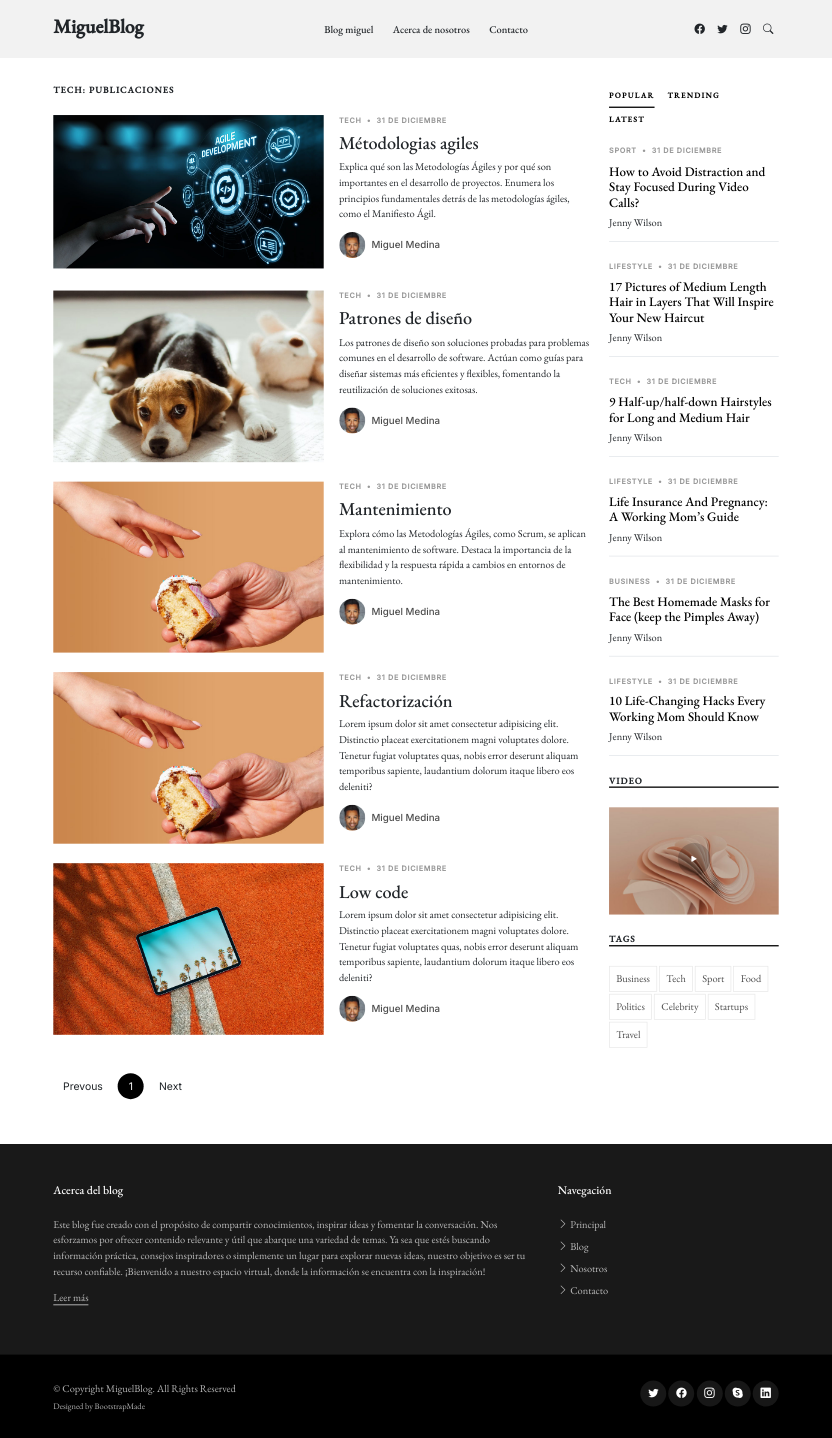
Repository: MiguelDev5/blog-miguel
Page: index.html
An editor plug-in stored every save of this project. The page is shown before and after the next save, followed by the edit.
The browser window is 1280 px wide. The pictures show the whole page, at 65% of full size.
Some web fonts or font styles are not loaded; a fallback is used.

Above is the page before, as saved 2024-01-01 20:36:34.

### index.html
<!DOCTYPE html>
<html lang="en">

<head>
  <meta charset="utf-8">
  <meta content="width=device-width, initial-scale=1.0" name="viewport">

  <title>MiguelBlog Bootstrap Template - Category</title>
  <meta content="" name="description">
  <meta content="" name="keywords">

  <!-- Favicons -->
  <link href="assets/img/favicon.png" rel="icon">
  <link href="assets/img/apple-touch-icon.png" rel="apple-touch-icon">

  <!-- Google Fonts -->
  <link rel="preconnect" href="https://fonts.googleapis.com">
  <link rel="preconnect" href="https://fonts.gstatic.com" crossorigin>
  <link href="https://fonts.googleapis.com/css2?family=EB+Garamond:wght@400;500&family=Inter:wght@400;500&family=Playfair+Display:ital,wght@0,400;0,700;1,400;1,700&display=swap" rel="stylesheet">

  <!-- Vendor CSS Files -->
  <link href="assets/vendor/bootstrap/css/bootstrap.min.css" rel="stylesheet">
  <link href="assets/vendor/bootstrap-icons/bootstrap-icons.css" rel="stylesheet">
  <link href="assets/vendor/swiper/swiper-bundle.min.css" rel="stylesheet">
  <link href="assets/vendor/glightbox/css/glightbox.min.css" rel="stylesheet">
  <link href="assets/vendor/aos/aos.css" rel="stylesheet">

  <!-- Template Main CSS Files -->
  <link href="assets/css/variables.css" rel="stylesheet">
  <link href="assets/css/main.css" rel="stylesheet">

  <!-- =======================================================
  * Template Name: MiguelBlog
  * Updated: Sep 18 2023 with Bootstrap v5.3.2
  * Template URL: https://bootstrapmade.com/miguelBlog-bootstrap-blog-template/
  * Author: BootstrapMade.com
  * License: https:///bootstrapmade.com/license/
  ======================================================== -->
</head>

<body>

  <!-- ======= Header ======= -->
  <header id="header" class="header d-flex align-items-center fixed-top">
    <div class="container-fluid container-xl d-flex align-items-center justify-content-between">

      <a href="index.html" class="logo d-flex align-items-center">
        <!-- Uncomment the line below if you also wish to use an image logo -->
        <!-- <img src="assets/img/logo.png" alt=""> -->
        <h1>MiguelBlog</h1>
      </a>

      <nav id="navbar" class="navbar">
        <ul>
          <li><a href="index.html">Blog miguel</a></li>
          <li><a href="about.html">Acerca de nosotros</a></li>
          <li><a href="contact.html">Contacto</a></li>
        </ul>
      </nav><!-- .navbar -->

      <div class="position-relative">
        <a href="#" class="mx-2"><span class="bi-facebook"></span></a>
        <a href="#" class="mx-2"><span class="bi-twitter"></span></a>
        <a href="#" class="mx-2"><span class="bi-instagram"></span></a>

        <a href="#" class="mx-2 js-search-open"><span class="bi-search"></span></a>
        <i class="bi bi-list mobile-nav-toggle"></i>

        <!-- ======= Search Form ======= -->
        <div class="search-form-wrap js-search-form-wrap">
          <form action="search-result.html" class="search-form">
            <span class="icon bi-search"></span>
            <input type="text" placeholder="Search" class="form-control">
            <button class="btn js-search-close"><span class="bi-x"></span></button>
          </form>
        </div><!-- End Search Form -->

      </div>

    </div>

  </header><!-- End Header -->

  <main id="main">
    <section>
      <div class="container">
        <div class="row">

          <div class="col-md-9" data-aos="fade-up">
            <h3 class="category-title">Tech: publicaciones</h3>

            <div class="d-md-flex post-entry-2 half">
              <a href="single-post.html" class="me-4 thumbnail">
                <img src="assets/img/ma001.jpg" alt="" class="img-fluid">
              </a>
              <div>
                <div class="post-meta"><span class="date">Tech</span> <span class="mx-1">&bullet;</span> <span>31 de Diciembre</span></div>
                <h3><a href="post-ma.html">Métodologias agiles</a></h3>
                <p>Explica qué son las Metodologías Ágiles y por qué son importantes en el desarrollo de proyectos.
                  Enumera los principios fundamentales detrás de las metodologías ágiles, como el Manifiesto Ágil.</p>
                <div class="d-flex align-items-center author">
                  <div class="photo"><img src="assets/img/person-2.jpg" alt="" class="img-fluid"></div>
                  <div class="name">
                    <h3 class="m-0 p-0">Miguel Medina</h3>
                  </div>
                </div>
              </div>
            </div>

            <div class="d-md-flex post-entry-2 half">
              <a href="single-post.html" class="me-4 thumbnail">
                <img src="assets/img/post-landscape-1.jpg" alt="" class="img-fluid">
              </a>
              <div>
                <div class="post-meta"><span class="date">Tech</span> <span class="mx-1">&bullet;</span> <span>31 de Diciembre</span></div>
                <h3><a href="post-pd.html">Patrones de diseño</a></h3>
                <p>Los patrones de diseño son soluciones probadas para problemas comunes en el desarrollo de software. Actúan como guías para diseñar sistemas más eficientes y flexibles, fomentando la reutilización de soluciones exitosas.</p>
                <div class="d-flex align-items-center author">
                  <div class="photo"><img src="assets/img/person-2.jpg" alt="" class="img-fluid"></div>
                  <div class="name">
                    <h3 class="m-0 p-0">Miguel Medina</h3>
                  </div>
                </div>
              </div>
            </div>

            <div class="d-md-flex post-entry-2 half">
              <a href="single-post.html" class="me-4 thumbnail">
                <img src="assets/img/post-landscape-2.jpg" alt="" class="img-fluid">
              </a>
              <div>
                <div class="post-meta"><span class="date">Tech</span> <span class="mx-1">&bullet;</span> <span>31 de Diciembre</span></div>
                <h3><a href="m-post.html">Mantenimiento</a></h3>
                <p>Explora cómo las Metodologías Ágiles, como Scrum, se aplican al mantenimiento de software. Destaca la importancia de la flexibilidad y la respuesta rápida a cambios en entornos de mantenimiento.</p>
                <div class="d-flex align-items-center author">
                  <div class="photo"><img src="assets/img/person-2.jpg" alt="" class="img-fluid"></div>
                  <div class="name">
                    <h3 class="m-0 p-0">Miguel Medina</h3>
                  </div>
                </div>
              </div>
            </div>

            <div class="d-md-flex post-entry-2 half">
              <a href="single-post.html" class="me-4 thumbnail">
                <img src="assets/img/post-landscape-2.jpg" alt="" class="img-fluid">
              </a>
              <div>
                <div class="post-meta"><span class="date">Tech</span> <span class="mx-1">&bullet;</span> <span>31 de Diciembre</span></div>
                <h3><a href="single-post.html">Refactorización</a></h3>
                <p>Lorem ipsum dolor sit amet consectetur adipisicing elit. Distinctio placeat exercitationem magni voluptates dolore. Tenetur fugiat voluptates quas, nobis error deserunt aliquam temporibus sapiente, laudantium dolorum itaque libero eos deleniti?</p>
                <div class="d-flex align-items-center author">
                  <div class="photo"><img src="assets/img/person-2.jpg" alt="" class="img-fluid"></div>
                  <div class="name">
                    <h3 class="m-0 p-0">Miguel Medina</h3>
                  </div>
                </div>
              </div>
            </div>

            <div class="d-md-flex post-entry-2 half">
              <a href="single-post.html" class="me-4 thumbnail">
                <img src="assets/img/post-landscape-3.jpg" alt="" class="img-fluid">
              </a>
              <div>
                <div class="post-meta"><span class="date">Tech</span> <span class="mx-1">&bullet;</span> <span>31 de Diciembre</span></div>
                <h3><a href="single-post.html">Low code</a></h3>
                <p>Lorem ipsum dolor sit amet consectetur adipisicing elit. Distinctio placeat exercitationem magni voluptates dolore. Tenetur fugiat voluptates quas, nobis error deserunt aliquam temporibus sapiente, laudantium dolorum itaque libero eos deleniti?</p>
                <div class="d-flex align-items-center author">
                  <div class="photo"><img src="assets/img/person-2.jpg" alt="" class="img-fluid"></div>
                  <div class="name">
                    <h3 class="m-0 p-0">Miguel Medina</h3>
                  </div>
                </div>
              </div>
            </div>
            <div class="text-start py-4">
              <div class="custom-pagination">
                <a href="#" class="prev">Prevous</a>
                <a href="#" class="active">1</a>
                <a href="#" class="next">Next</a>
              </div>
            </div>
          </div>

          <div class="col-md-3">
            <!-- ======= Sidebar ======= -->
            <div class="aside-block">

              <ul class="nav nav-pills custom-tab-nav mb-4" id="pills-tab" role="tablist">
                <li class="nav-item" role="presentation">
                  <button class="nav-link active" id="pills-popular-tab" data-bs-toggle="pill" data-bs-target="#pills-popular" type="button" role="tab" aria-controls="pills-popular" aria-selected="true">Popular</button>
                </li>
                <li class="nav-item" role="presentation">
                  <button class="nav-link" id="pills-trending-tab" data-bs-toggle="pill" data-bs-target="#pills-trending" type="button" role="tab" aria-controls="pills-trending" aria-selected="false">Trending</button>
                </li>
                <li class="nav-item" role="presentation">
                  <button class="nav-link" id="pills-latest-tab" data-bs-toggle="pill" data-bs-target="#pills-latest" type="button" role="tab" aria-controls="pills-latest" aria-selected="false">Latest</button>
                </li>
              </ul>

              <div class="tab-content" id="pills-tabContent">

                <!-- Popular -->
                <div class="tab-pane fade show active" id="pills-popular" role="tabpanel" aria-labelledby="pills-popular-tab">
                  <div class="post-entry-1 border-bottom">
                    <div class="post-meta"><span class="date">Sport</span> <span class="mx-1">&bullet;</span> <span>31 de Diciembre</span></div>
                    <h2 class="mb-2"><a href="#">How to Avoid Distraction and Stay Focused During Video Calls?</a></h2>
                    <span class="author mb-3 d-block">Jenny Wilson</span>
                  </div>

                  <div class="post-entry-1 border-bottom">
                    <div class="post-meta"><span class="date">Lifestyle</span> <span class="mx-1">&bullet;</span> <span>31 de Diciembre</span></div>
                    <h2 class="mb-2"><a href="#">17 Pictures of Medium Length Hair in Layers That Will Inspire Your New Haircut</a></h2>
                    <span class="author mb-3 d-block">Jenny Wilson</span>
                  </div>

                  <div class="post-entry-1 border-bottom">
                    <div class="post-meta"><span class="date">Tech</span> <span class="mx-1">&bullet;</span> <span>31 de Diciembre</span></div>
                    <h2 class="mb-2"><a href="#">9 Half-up/half-down Hairstyles for Long and Medium Hair</a></h2>
                    <span class="author mb-3 d-block">Jenny Wilson</span>
                  </div>

                  <div class="post-entry-1 border-bottom">
                    <div class="post-meta"><span class="date">Lifestyle</span> <span class="mx-1">&bullet;</span> <span>31 de Diciembre</span></div>
                    <h2 class="mb-2"><a href="#">Life Insurance And Pregnancy: A Working Mom’s Guide</a></h2>
                    <span class="author mb-3 d-block">Jenny Wilson</span>
                  </div>

                  <div class="post-entry-1 border-bottom">
                    <div class="post-meta"><span class="date">Business</span> <span class="mx-1">&bullet;</span> <span>31 de Diciembre</span></div>
                    <h2 class="mb-2"><a href="#">The Best Homemade Masks for Face (keep the Pimples Away)</a></h2>
                    <span class="author mb-3 d-block">Jenny Wilson</span>
                  </div>

                  <div class="post-entry-1 border-bottom">
                    <div class="post-meta"><span class="date">Lifestyle</span> <span class="mx-1">&bullet;</span> <span>31 de Diciembre</span></div>
                    <h2 class="mb-2"><a href="#">10 Life-Changing Hacks Every Working Mom Should Know</a></h2>
                    <span class="author mb-3 d-block">Jenny Wilson</span>
                  </div>
                </div> <!-- End Popular -->

                <!-- Trending -->
                <div class="tab-pane fade" id="pills-trending" role="tabpanel" aria-labelledby="pills-trending-tab">
                  <div class="post-entry-1 border-bottom">
                    <div class="post-meta"><span class="date">Lifestyle</span> <span class="mx-1">&bullet;</span> <span>31 de Diciembre</span></div>
                    <h2 class="mb-2"><a href="#">17 Pictures of Medium Length Hair in Layers That Will Inspire Your New Haircut</a></h2>
                    <span class="author mb-3 d-block">Jenny Wilson</span>
                  </div>

                  <div class="post-entry-1 border-bottom">
                    <div class="post-meta"><span class="date">Tech</span> <span class="mx-1">&bullet;</span> <span>31 de Diciembre</span></div>
                    <h2 class="mb-2"><a href="#">9 Half-up/half-down Hairstyles for Long and Medium Hair</a></h2>
                    <span class="author mb-3 d-block">Jenny Wilson</span>
                  </div>

                  <div class="post-entry-1 border-bottom">
                    <div class="post-meta"><span class="date">Lifestyle</span> <span class="mx-1">&bullet;</span> <span>31 de Diciembre</span></div>
                    <h2 class="mb-2"><a href="#">Life Insurance And Pregnancy: A Working Mom’s Guide</a></h2>
                    <span class="author mb-3 d-block">Jenny Wilson</span>
                  </div>

                  <div class="post-entry-1 border-bottom">
                    <div class="post-meta"><span class="date">Sport</span> <span class="mx-1">&bullet;</span> <span>31 de Diciembre</span></div>
                    <h2 class="mb-2"><a href="#">How to Avoid Distraction and Stay Focused During Video Calls?</a></h2>
                    <span class="author mb-3 d-block">Jenny Wilson</span>
                  </div>
                  <div class="post-entry-1 border-bottom">
                    <div class="post-meta"><span class="date">Business</span> <span class="mx-1">&bullet;</span> <span>31 de Diciembre</span></div>
                    <h2 class="mb-2"><a href="#">The Best Homemade Masks for Face (keep the Pimples Away)</a></h2>
                    <span class="author mb-3 d-block">Jenny Wilson</span>
                  </div>

                  <div class="post-entry-1 border-bottom">
                    <div class="post-meta"><span class="date">Lifestyle</span> <span class="mx-1">&bullet;</span> <span>31 de Diciembre</span></div>
                    <h2 class="mb-2"><a href="#">10 Life-Changing Hacks Every Working Mom Should Know</a></h2>
                    <span class="author mb-3 d-block">Jenny Wilson</span>
                  </div>
                </div> <!-- End Trending -->

                <!-- Latest -->
                <div class="tab-pane fade" id="pills-latest" role="tabpanel" aria-labelledby="pills-latest-tab">
                  <div class="post-entry-1 border-bottom">
                    <div class="post-meta"><span class="date">Lifestyle</span> <span class="mx-1">&bullet;</span> <span>31 de Diciembre</span></div>
                    <h2 class="mb-2"><a href="#">Life Insurance And Pregnancy: A Working Mom’s Guide</a></h2>
                    <span class="author mb-3 d-block">Jenny Wilson</span>
                  </div>

                  <div class="post-entry-1 border-bottom">
                    <div class="post-meta"><span class="date">Business</span> <span class="mx-1">&bullet;</span> <span>31 de Diciembre</span></div>
                    <h2 class="mb-2"><a href="#">The Best Homemade Masks for Face (keep the Pimples Away)</a></h2>
                    <span class="author mb-3 d-block">Jenny Wilson</span>
                  </div>

                  <div class="post-entry-1 border-bottom">
                    <div class="post-meta"><span class="date">Lifestyle</span> <span class="mx-1">&bullet;</span> <span>31 de Diciembre</span></div>
                    <h2 class="mb-2"><a href="#">10 Life-Changing Hacks Every Working Mom Should Know</a></h2>
                    <span class="author mb-3 d-block">Jenny Wilson</span>
                  </div>

                  <div class="post-entry-1 border-bottom">
                    <div class="post-meta"><span class="date">Sport</span> <span class="mx-1">&bullet;</span> <span>31 de Diciembre</span></div>
                    <h2 class="mb-2"><a href="#">How to Avoid Distraction and Stay Focused During Video Calls?</a></h2>
                    <span class="author mb-3 d-block">Jenny Wilson</span>
                  </div>

                  <div class="post-entry-1 border-bottom">
                    <div class="post-meta"><span class="date">Lifestyle</span> <span class="mx-1">&bullet;</span> <span>31 de Diciembre</span></div>
                    <h2 class="mb-2"><a href="#">17 Pictures of Medium Length Hair in Layers That Will Inspire Your New Haircut</a></h2>
                    <span class="author mb-3 d-block">Jenny Wilson</span>
                  </div>

                  <div class="post-entry-1 border-bottom">
                    <div class="post-meta"><span class="date">Tech</span> <span class="mx-1">&bullet;</span> <span>31 de Diciembre</span></div>
                    <h2 class="mb-2"><a href="#">9 Half-up/half-down Hairstyles for Long and Medium Hair</a></h2>
                    <span class="author mb-3 d-block">Jenny Wilson</span>
                  </div>

                </div> <!-- End Latest -->

              </div>
            </div>

            <div class="aside-block">
              <h3 class="aside-title">Video</h3>
              <div class="video-post">
                <a href="https://www.youtube.com/watch?v=AiFfDjmd0jU" class="glightbox link-video">
                  <span class="bi-play-fill"></span>
                  <img src="assets/img/post-landscape-5.jpg" alt="" class="img-fluid">
                </a>
              </div>
            </div><!-- End Video -->



            <div class="aside-block">
              <h3 class="aside-title">Tags</h3>
              <ul class="aside-tags list-unstyled">
                <li><a href="category.html">Business</a></li>
                <li><a href="category.html">Tech</a></li>
                <li><a href="category.html">Sport</a></li>
                <li><a href="category.html">Food</a></li>
                <li><a href="category.html">Politics</a></li>
                <li><a href="category.html">Celebrity</a></li>
                <li><a href="category.html">Startups</a></li>
                <li><a href="category.html">Travel</a></li>
              </ul>
            </div><!-- End Tags -->

          </div>

        </div>
      </div>
    </section>
  </main><!-- End #main -->

  <!-- ======= Footer ======= -->
  <footer id="footer" class="footer">
    <div class="footer-content">
      <div class="container">
        <div class="row g-5">
          <div class="col-lg-8">
            <h3 class="footer-heading">Acerca del blog</h3>
            <p>Este blog fue creado con el propósito de compartir conocimientos, inspirar ideas y fomentar la conversación. Nos esforzamos por ofrecer contenido relevante y útil que abarque una variedad de temas. Ya sea que estés buscando información práctica, consejos inspiradores o simplemente un lugar para explorar nuevas ideas, nuestro objetivo es ser tu recurso confiable. ¡Bienvenido a nuestro espacio virtual, donde la información se encuentra con la inspiración!</p>
            <p><a href="about.html" class="footer-link-more">Leer más</a></p>
          </div>
          <div class="col-6 col-lg-2">
            <h3 class="footer-heading">Navegación</h3>
            <ul class="footer-links list-unstyled">
              <li><a href="index.html"><i class="bi bi-chevron-right"></i> Principal</a></li>
              <li><a href="index.html"><i class="bi bi-chevron-right"></i> Blog</a></li>
              <li><a href="about.html"><i class="bi bi-chevron-right"></i> Nosotros</a></li>
              <li><a href="contact.html"><i class="bi bi-chevron-right"></i> Contacto</a></li>
            </ul>
          </div>
        </div>
      </div>
    </div>

    <div class="footer-legal">
      <div class="container">

        <div class="row justify-content-between">
          <div class="col-md-6 text-center text-md-start mb-3 mb-md-0">
            <div class="copyright">
              © Copyright <strong><span>MiguelBlog</span></strong>. All Rights Reserved
            </div>

            <div class="credits">
              Designed by BootstrapMade
            </div>

          </div>

          <div class="col-md-6">
            <div class="social-links mb-3 mb-lg-0 text-center text-md-end">
              <a href="#" class="twitter"><i class="bi bi-twitter"></i></a>
              <a href="#" class="facebook"><i class="bi bi-facebook"></i></a>
              <a href="#" class="instagram"><i class="bi bi-instagram"></i></a>
              <a href="#" class="google-plus"><i class="bi bi-skype"></i></a>
              <a href="#" class="linkedin"><i class="bi bi-linkedin"></i></a>
            </div>

          </div>

        </div>

      </div>
    </div>
  </footer>

  <a href="#" class="scroll-top d-flex align-items-center justify-content-center"><i class="bi bi-arrow-up-short"></i></a>

  <!-- Vendor JS Files -->
  <script src="assets/vendor/bootstrap/js/bootstrap.bundle.min.js"></script>
  <script src="assets/vendor/swiper/swiper-bundle.min.js"></script>
  <script src="assets/vendor/glightbox/js/glightbox.min.js"></script>
  <script src="assets/vendor/aos/aos.js"></script>
  <script src="assets/vendor/php-email-form/validate.js"></script>

  <!-- Template Main JS File -->
  <script src="assets/js/main.js"></script>

</body>

</html>

Loaded but not shown: assets/vendor/bootstrap/css/bootstrap.min.css (library); assets/vendor/bootstrap-icons/bootstrap-icons.css (library); assets/vendor/swiper/swiper-bundle.min.css (library); assets/vendor/glightbox/css/glightbox.min.css (library); assets/vendor/aos/aos.css (library); assets/vendor/bootstrap/js/bootstrap.bundle.min.js (library); assets/vendor/swiper/swiper-bundle.min.js (library); assets/vendor/glightbox/js/glightbox.min.js (library); assets/vendor/aos/aos.js (library); assets/vendor/php-email-form/validate.js (common file); assets/js/main.js (154 lines, source omitted); assets/css/main.css (1300 lines, source omitted); assets/css/variables.css (207 lines, source omitted)

After the next save:
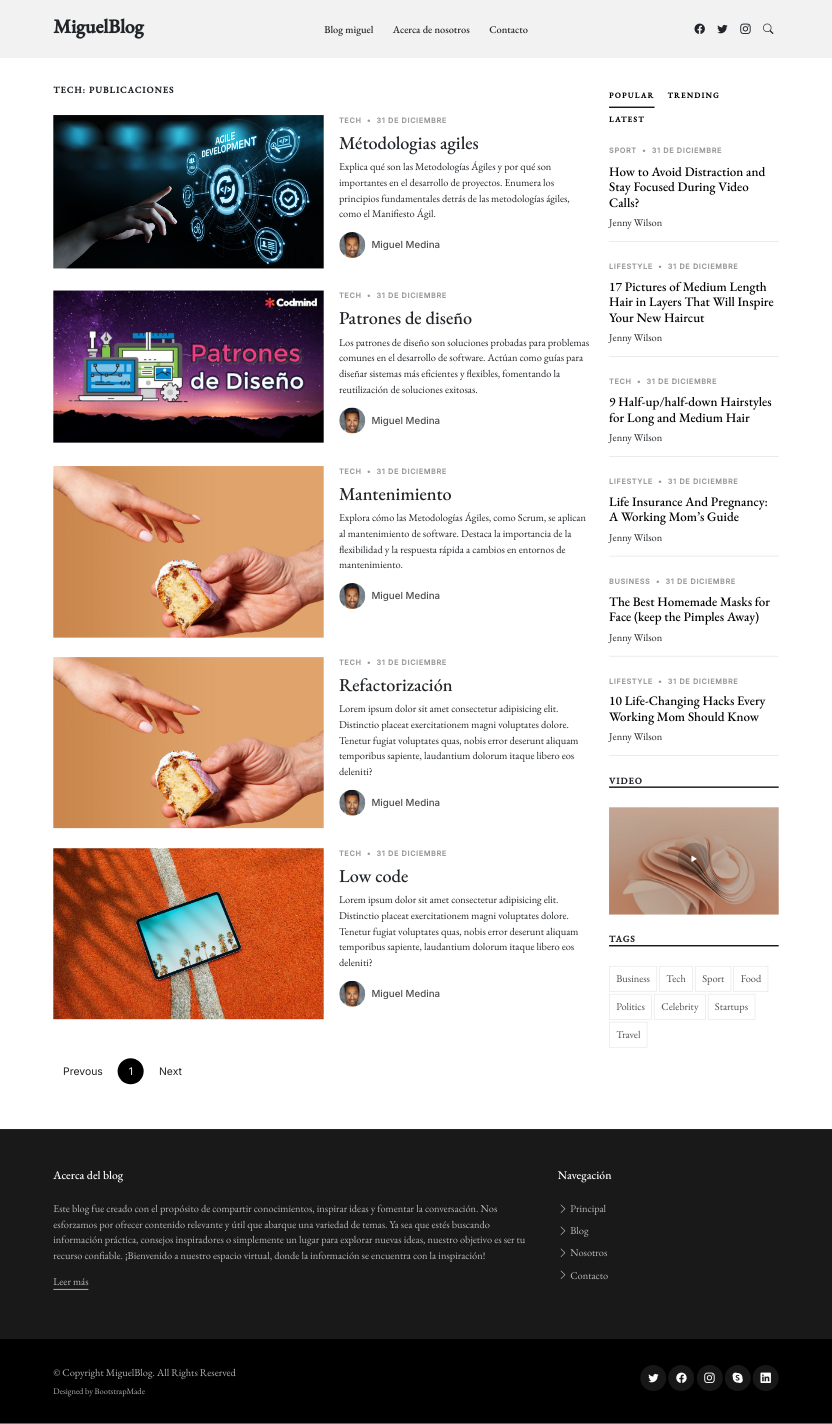
Saved 44 s later.
--- a/index.html
+++ b/index.html
@@ -109,7 +109,7 @@
 
             <div class="d-md-flex post-entry-2 half">
               <a href="single-post.html" class="me-4 thumbnail">
-                <img src="assets/img/post-landscape-1.jpg" alt="" class="img-fluid">
+                <img src="assets/img/pd001.jpg" alt="" class="img-fluid">
               </a>
               <div>
                 <div class="post-meta"><span class="date">Tech</span> <span class="mx-1">&bullet;</span> <span>31 de Diciembre</span></div>
